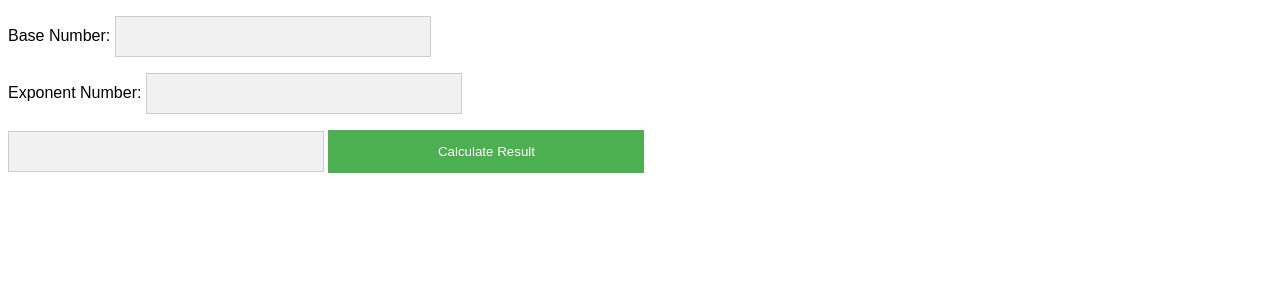
Repository: DeepaliKalagate/PowerCalculatorAPI
Page: PowerFunctionCalculator/src/main/resources/PowerFunction.html
The author's editor kept a copy of each file at every save. The page is drawn from the files as they stood at one save, then again after the next save.
The browser window is 1280 px wide. The pictures show the whole page.

Above is the page before, as saved 2020-02-09 06:06:38.

After the next save:
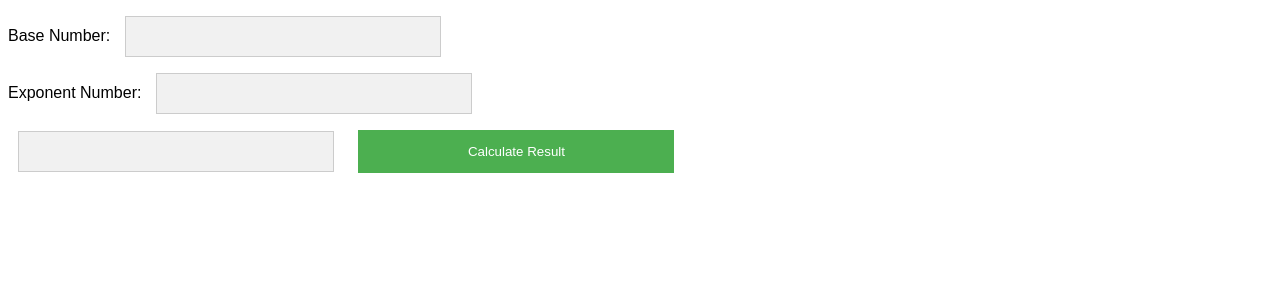
Saved 43 s later.
--- a/PowerFunctionCalculator/src/main/resources/PowerFunction.html
+++ b/PowerFunctionCalculator/src/main/resources/PowerFunction.html
@@ -11,7 +11,7 @@ input[type=text], input[type=text],input[type=text]
 {
   width: 25%;
   padding: 12px 20px;
-  margin: 8px 0;
+  margin: 8px 10px;
   display: inline-block;
   border: 1px solid #ccc;
   box-sizing: border-box;
@@ -24,7 +24,7 @@ input[type=submit] {
   background-color: #4CAF50;
   color: white;
   padding: 14px 20px;
-  margin: 8px 0;
+  margin: 8px 10px;
   border: none;
   cursor: pointer;
   width: 25%;
